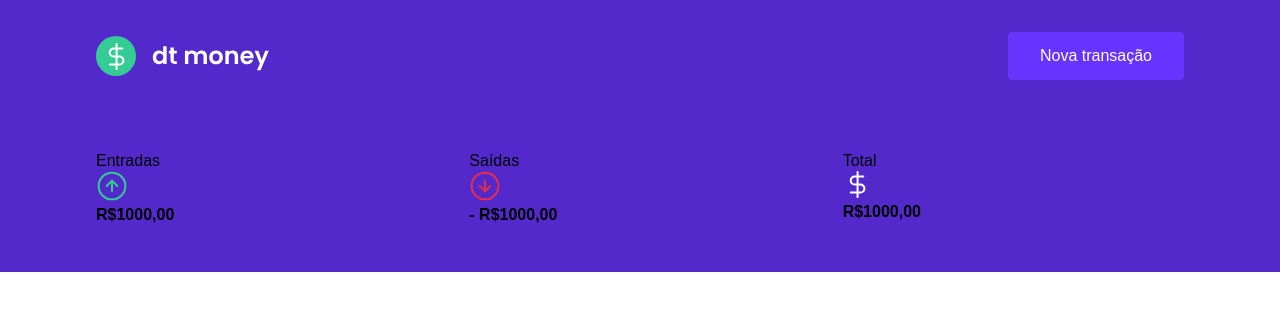
Repository: joaovnogueira/dtmoney
Page: /
The author's editor kept a copy of each file at every save. The page is drawn from the files as they stood at one save, then again after a run of saves.
The browser window is 1280 px wide. The pictures show the whole page.
The project was rebuilt for these pictures with package versions that can differ from the ones it lists, and the page was loaded fresh each time.

Above is the page before, as saved 2022-06-21 14:32:38.

### src/index.tsx
import React from 'react';
import ReactDOM from 'react-dom/client';
import { App }  from './App';

const root = ReactDOM.createRoot(
  document.getElementById('root') as HTMLElement
);
root.render(
  <React.StrictMode>
    <App />
  </React.StrictMode>
);

### src/App.tsx
import { GlobalStyle } from "./assets/styles/global";
import { Dashboard } from "./components/dashboard";
import { Header } from "./components/header";

export function App() {
  return (
      <>
        <Header/>
        <Dashboard/>

        <GlobalStyle/>
      </>

  );
}

### src/assets/styles/global.ts
import { createGlobalStyle } from "styled-components";

export const GlobalStyle = createGlobalStyle`
    :root {
        --red: #E62E4D;
        --blue: #5429CC;
        --blue-light: #6933FF;
        -green: #33CC95;

        --text-title: #363F5F;
        --text-body: #969CB3;
        --shape: #FFFFFF;
        --background: #F0F2F5;
    }
    *{
        margin: 0;
        padding: 0;
        box-sizing: border-box;
    }

    html {
        @media (max-width: 1080px) {
            font-size: 93.75%; // 15px
        }
        @media (max-width: 720px) {
            font-size: 87.5%; // 14px
        }
    }

    //REM = 1rem = 16px (tamanho da fonte)

    body{
        background: var (--background);
        -webkit-font-smoothing: antialiased;
    }

    body, input, textarea, button {
        font-family: 'Poppins', sans-serif;
        font-weight: 400;
    }

    h1, h2, h3, h4, h5, h6, strong {
        font-weight: 600;
    }
    button {
        cursor: pointer;
    }
    [disabled] {
        opacity: 0.6;
        cursor: not-allowed;
    }

`

### src/components/dashboard/index.tsx
import { Summary } from "../summary";
import { Container } from "./styles";

export function Dashboard (){
    return (
        <Container>
            <Summary />
        </Container>
    );
}

### src/components/header/index.tsx
import logoImg from '../../assets/logo.svg'
import { Container, Content } from './styles'

export function Header (){
    return(
        <Container>
            <Content>
                <img src={logoImg} alt="dtmoney" />
                <button type="button">
                    Nova transação
                </button>
            </Content>
        </Container>
    );
}

### src/components/summary/index.tsx
import { Container } from "./styles";
import incomeImg from '../../assets/income.svg';
import outcomeImg from '../../assets/outcome.svg';
import totalImg from '../../assets/total.svg'

export function Summary(){
    return(
        <Container>
            <div>
                <header>
                    <p>Entradas</p>
                    <img src={incomeImg} alt="Entradas" />
                </header>
                <strong>R$1000,00</strong>
            </div>
            <div>
                <header>
                    <p>Saídas</p>
                    <img src={outcomeImg} alt="Saídas" />
                </header>
                <strong>- R$1000,00</strong>
            </div>
            <div>
                <header>
                    <p>Total</p>
                    <img src={totalImg} alt="Total" />
                </header>
                <strong>R$1000,00</strong>
            </div>
        </Container>
    );
}

### src/components/dashboard/styles.ts
import styled from 'styled-components'

export const Container = styled.main`
    max-width: 1120px;
    margin: 0 auto;
    padding: 2.5rem 1rem;
`;

### src/components/header/styles.ts
import styled from 'styled-components'

export const Container = styled.header`
    background: var(--blue);
`

export const Content = styled.div`
    max-width: 1120px;
    margin: 0 auto;
    padding: 2rem 1rem 12rem;
    display: flex;
    align-items: center;
    justify-content: space-between;

    button {
        font-size: 1rem;
        color: #FFF;
        background: var(--blue-light);
        border: 0;
        padding: 0 2rem;
        border-radius: 0.25rem;
        height: 3rem;

        transition: filter 0.2s;

        &:hover{
            filter: brightness(0.9);
        }
    }
`

### src/components/summary/styles.ts
import styled from 'styled-components'

export const Container = styled.div`
    display: grid;
    grid-template-columns: repeat(3,1fr);
    gap: 2rem;
    margin-top: -10rem;

    div {
        background
    }
`;

After the next 3 saves:
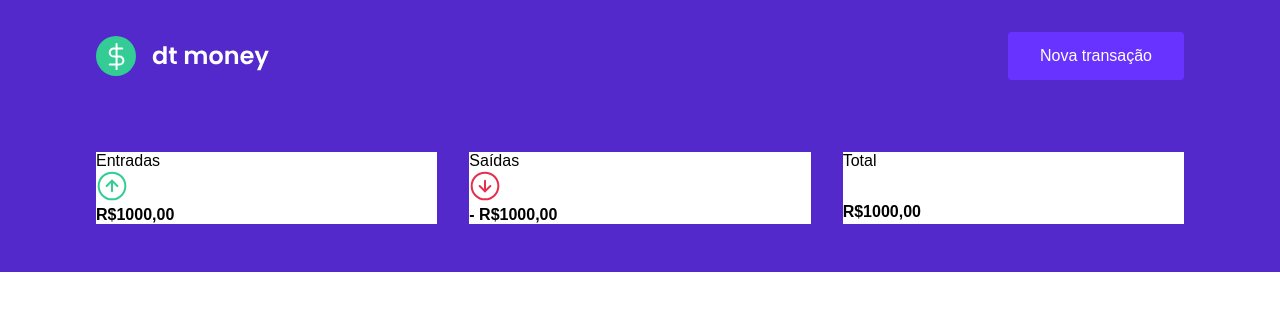
The 3 saves are shown as one change because they came seconds apart.
The last was saved 12 s later.
--- a/src/components/summary/styles.ts
+++ b/src/components/summary/styles.ts
@@ -7,6 +7,7 @@ export const Container = styled.div`
     margin-top: -10rem;
 
     div {
-        background
+        background: var(--shape);
+
     }
 `;
